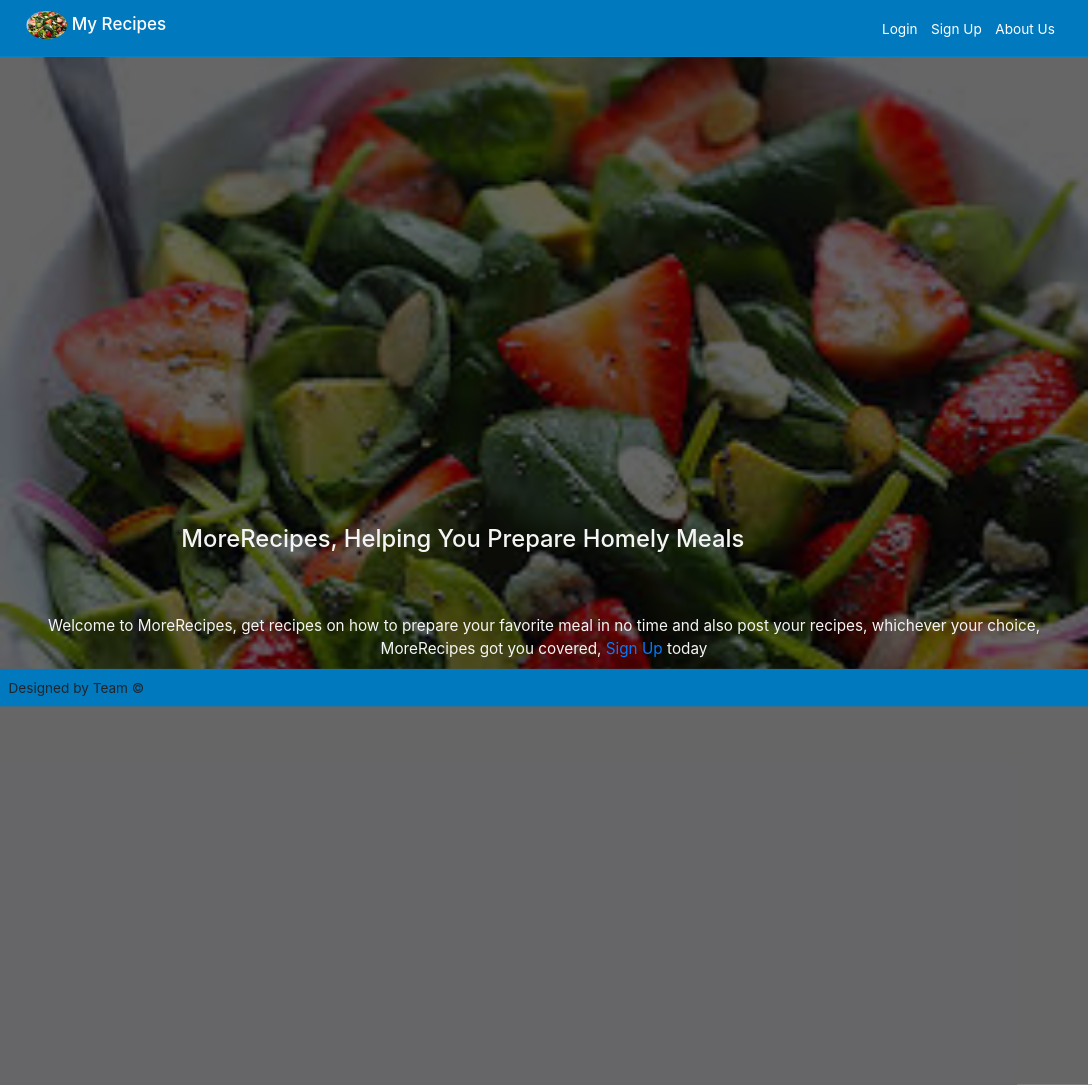
Repository: UggoPrince/more-recipes
Page: html/index.html
These files come from the project's save history. The page is drawn as it stood at one moment and after the next save; the edit follows.
The browser window is 1280 px wide. The page is 1285 px wide, so the pictures cover 1285 px, including what lies to the right of the window. The pictures show the whole page, at 85% of full size.

Above is the page before, as saved 2018-07-30 07:24:51.

After the next save:
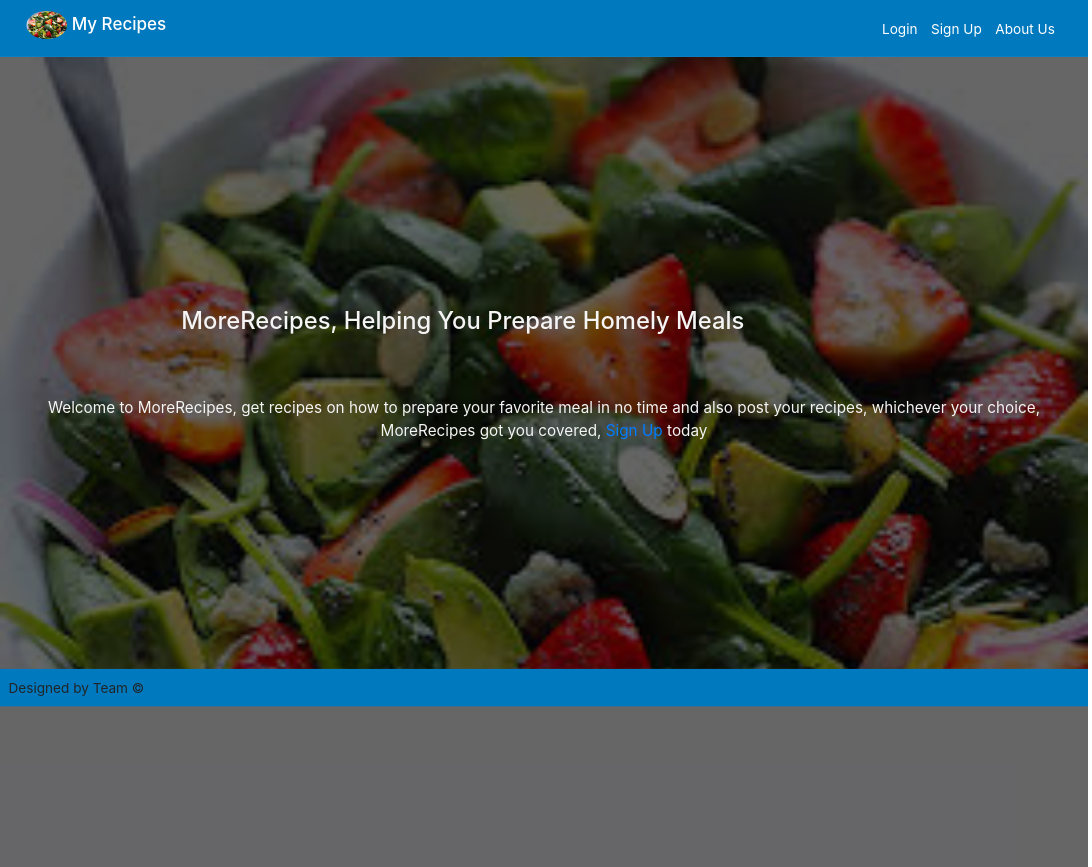
Saved 6 s later.
--- a/html/index.html
+++ b/html/index.html
@@ -55,7 +55,7 @@
   <div id="content">
     <main class="container-fluid">
       <div class="row">
-        <div class="offset-2 col-8;" style="margin-top: 43%;">
+        <div class="offset-2 col-8;" style="margin-top: 23%;">
             <h3>MoreRecipes, Helping You Prepare Homely Meals</h3>
         </div>
       </div>
